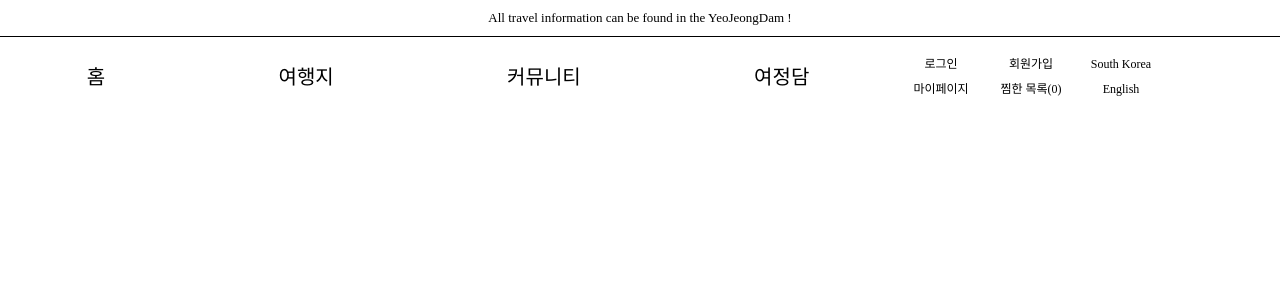
Repository: gaeunlee95/semi
Page: http://localhost/semi/main.jsp
These files come from the project's save history. The page is drawn as it stood at one moment and after the next save; the edit follows.
The browser window is 1280 px wide. The pictures show the whole page.
The page is served by Tomcat 9.

Above is the page before, as saved 2023-12-06 17:55:53.

After the next save:
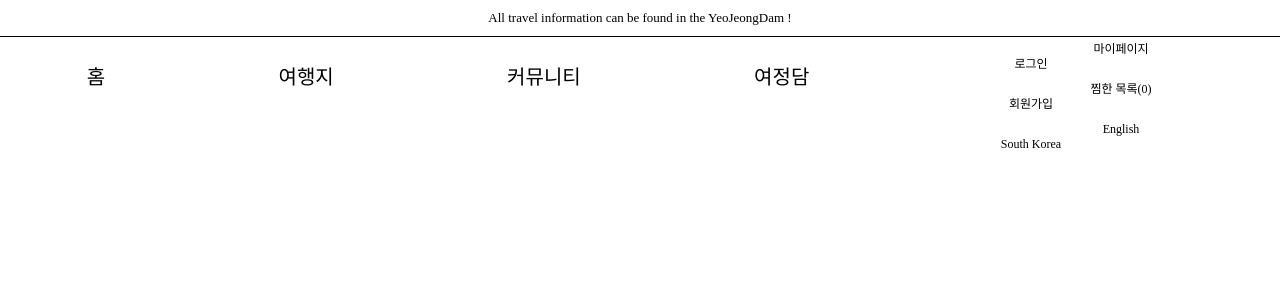
Saved 35 s later.
--- a/semi/src/main/webapp/resources/css/style.css
+++ b/semi/src/main/webapp/resources/css/style.css
@@ -41,11 +41,13 @@ header #mainMenu li{
 header #sideMenu{
 	/*width: 30%;*/
 	width: 270px;
+	display: flex;
+	justify-content: flex-end;
 }
 header #sideMenu ul{
 	line-height: 25px;
-	display: flex;
-	justify-content: flex-end;
+	/*display: flex;
+	justify-content: flex-end;*/
 }
 header #sideMenu li{
 	font-size: 12px;
